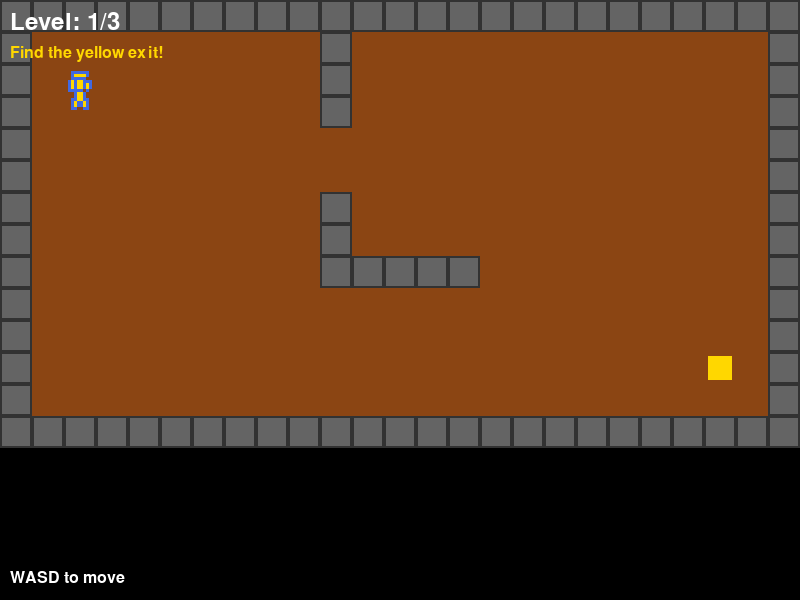
Repository: vjacheslavl/morzhaka_project
Script's output: python game.py
The author's editor kept a copy of each file at every save. The script's output is drawn from the files as they stood at one save, then again after the next save.
The window is shown after at most 60 frames with no key pressed. Random numbers start from a fixed seed.

Above is the script's output before, as saved 2026-03-01 16:49:38.

### game.py
import pygame
import sys

# Initialize Pygame
pygame.init()

# Screen settings
SCREEN_WIDTH = 800
SCREEN_HEIGHT = 600
TILE_SIZE = 32

# Colors
BLACK = (0, 0, 0)
WHITE = (255, 255, 255)
GREEN = (0, 255, 0)
GRAY = (100, 100, 100)
DARK_GRAY = (50, 50, 50)
BROWN = (139, 69, 19)
YELLOW = (255, 215, 0)
BLUE = (65, 105, 225)

# Player settings
PIXEL_SIZE = 3
PLAYER_SPEED = 3


def create_player_sprite():
    """Create pixel art character sprite based on hand-drawn design."""
    # 0 = transparent, 1 = blue (outline), 2 = yellow (fill)
    sprite_data = [
        [0, 0, 0, 0, 0, 0, 0, 0],
        [0, 1, 1, 1, 1, 1, 1, 0],
        [0, 1, 2, 2, 2, 2, 1, 0],
        [0, 1, 1, 1, 1, 1, 0, 0],
        [1, 2, 1, 2, 2, 1, 1, 1],
        [1, 2, 1, 2, 2, 1, 2, 1],
        [1, 2, 1, 2, 2, 1, 2, 1],
        [1, 1, 1, 1, 1, 0, 1, 0],
        [0, 0, 1, 2, 2, 1, 0, 0],
        [0, 0, 1, 2, 2, 1, 0, 0],
        [0, 1, 1, 2, 2, 1, 1, 0],
        [0, 1, 2, 1, 1, 2, 1, 0],
        [0, 1, 2, 1, 1, 2, 1, 0],
        [0, 1, 1, 0, 0, 1, 1, 0],
    ]

    width = len(sprite_data[0]) * PIXEL_SIZE
    height = len(sprite_data) * PIXEL_SIZE

    sprite = pygame.Surface((width, height), pygame.SRCALPHA)

    for y, row in enumerate(sprite_data):
        for x, pixel in enumerate(row):
            if pixel == 1:
                color = BLUE
            elif pixel == 2:
                color = YELLOW
            else:
                continue

            pygame.draw.rect(
                sprite, color,
                (x * PIXEL_SIZE, y * PIXEL_SIZE, PIXEL_SIZE, PIXEL_SIZE)
            )

    return sprite


class Player:
    def __init__(self, x, y):
        self.x = x
        self.y = y
        self.sprite = create_player_sprite()
        self.width = self.sprite.get_width()
        self.height = self.sprite.get_height()
        self.speed = PLAYER_SPEED

    def move(self, dx, dy, dungeon):
        new_x = self.x + dx * self.speed
        new_y = self.y + dy * self.speed

        if not dungeon.is_wall(new_x, new_y, self.width, self.height):
            self.x = new_x
            self.y = new_y

    def draw(self, screen):
        screen.blit(self.sprite, (self.x, self.y))

    def get_rect(self):
        return pygame.Rect(self.x, self.y, self.width, self.height)


class Dungeon:
    def __init__(self, level_data, level_num):
        self.level_num = level_num
        self.tiles = level_data['tiles']
        self.width = len(self.tiles[0])
        self.height = len(self.tiles)
        self.spawn_point = level_data['spawn']
        self.exit_point = level_data['exit']

    def is_wall(self, x, y, width, height):
        corners = [
            (x, y),
            (x + width - 1, y),
            (x, y + height - 1),
            (x + width - 1, y + height - 1)
        ]

        for cx, cy in corners:
            tile_x = int(cx // TILE_SIZE)
            tile_y = int(cy // TILE_SIZE)

            if tile_x < 0 or tile_x >= self.width or tile_y < 0 or tile_y >= self.height:
                return True

            if self.tiles[tile_y][tile_x] == 1:
                return True

        return False

    def check_exit(self, player):
        player_rect = player.get_rect()
        exit_rect = pygame.Rect(
            self.exit_point[0] * TILE_SIZE + TILE_SIZE // 4,
            self.exit_point[1] * TILE_SIZE + TILE_SIZE // 4,
            TILE_SIZE // 2,
            TILE_SIZE // 2
        )
        return player_rect.colliderect(exit_rect)

    def draw(self, screen):
        for y, row in enumerate(self.tiles):
            for x, tile in enumerate(row):
                rect = pygame.Rect(x * TILE_SIZE, y * TILE_SIZE, TILE_SIZE, TILE_SIZE)

                if tile == 1:
                    pygame.draw.rect(screen, GRAY, rect)
                    pygame.draw.rect(screen, DARK_GRAY, rect, 2)
                else:
                    pygame.draw.rect(screen, BROWN, rect)

        exit_rect = pygame.Rect(
            self.exit_point[0] * TILE_SIZE + 4,
            self.exit_point[1] * TILE_SIZE + 4,
            TILE_SIZE - 8,
            TILE_SIZE - 8
        )
        pygame.draw.rect(screen, YELLOW, exit_rect)


def create_levels():
    levels = []

    # Level 1 - Simple introduction
    level1 = {
        'tiles': [
            [1, 1, 1, 1, 1, 1, 1, 1, 1, 1, 1, 1, 1, 1, 1, 1, 1, 1, 1, 1, 1, 1, 1, 1, 1],
            [1, 0, 0, 0, 0, 0, 0, 0, 0, 0, 1, 0, 0, 0, 0, 0, 0, 0, 0, 0, 0, 0, 0, 0, 1],
            [1, 0, 0, 0, 0, 0, 0, 0, 0, 0, 1, 0, 0, 0, 0, 0, 0, 0, 0, 0, 0, 0, 0, 0, 1],
            [1, 0, 0, 0, 0, 0, 0, 0, 0, 0, 1, 0, 0, 0, 0, 0, 0, 0, 0, 0, 0, 0, 0, 0, 1],
            [1, 0, 0, 0, 0, 0, 0, 0, 0, 0, 0, 0, 0, 0, 0, 0, 0, 0, 0, 0, 0, 0, 0, 0, 1],
            [1, 0, 0, 0, 0, 0, 0, 0, 0, 0, 0, 0, 0, 0, 0, 0, 0, 0, 0, 0, 0, 0, 0, 0, 1],
            [1, 0, 0, 0, 0, 0, 0, 0, 0, 0, 1, 0, 0, 0, 0, 0, 0, 0, 0, 0, 0, 0, 0, 0, 1],
            [1, 0, 0, 0, 0, 0, 0, 0, 0, 0, 1, 0, 0, 0, 0, 0, 0, 0, 0, 0, 0, 0, 0, 0, 1],
            [1, 0, 0, 0, 0, 0, 0, 0, 0, 0, 1, 1, 1, 1, 1, 0, 0, 0, 0, 0, 0, 0, 0, 0, 1],
            [1, 0, 0, 0, 0, 0, 0, 0, 0, 0, 0, 0, 0, 0, 0, 0, 0, 0, 0, 0, 0, 0, 0, 0, 1],
            [1, 0, 0, 0, 0, 0, 0, 0, 0, 0, 0, 0, 0, 0, 0, 0, 0, 0, 0, 0, 0, 0, 0, 0, 1],
            [1, 0, 0, 0, 0, 0, 0, 0, 0, 0, 0, 0, 0, 0, 0, 0, 0, 0, 0, 0, 0, 0, 0, 0, 1],
            [1, 0, 0, 0, 0, 0, 0, 0, 0, 0, 0, 0, 0, 0, 0, 0, 0, 0, 0, 0, 0, 0, 0, 0, 1],
            [1, 1, 1, 1, 1, 1, 1, 1, 1, 1, 1, 1, 1, 1, 1, 1, 1, 1, 1, 1, 1, 1, 1, 1, 1],
        ],
        'spawn': (2, 2),
        'exit': (22, 11)
    }
    levels.append(level1)

    # Level 2 - Maze-like
    level2 = {
        'tiles': [
            [1, 1, 1, 1, 1, 1, 1, 1, 1, 1, 1, 1, 1, 1, 1, 1, 1, 1, 1, 1, 1, 1, 1, 1, 1],
            [1, 0, 0, 0, 1, 0, 0, 0, 0, 0, 0, 0, 1, 0, 0, 0, 0, 0, 0, 0, 0, 0, 0, 0, 1],
            [1, 0, 1, 0, 1, 0, 1, 1, 1, 1, 1, 0, 1, 0, 1, 1, 1, 1, 1, 1, 1, 1, 1, 0, 1],
            [1, 0, 1, 0, 0, 0, 0, 0, 0, 0, 1, 0, 1, 0, 0, 0, 0, 0, 0, 0, 0, 0, 0, 0, 1],
            [1, 0, 1, 1, 1, 1, 1, 1, 1, 0, 1, 0, 1, 1, 1, 1, 1, 1, 1, 1, 1, 1, 1, 0, 1],
            [1, 0, 0, 0, 0, 0, 0, 0, 0, 0, 1, 0, 0, 0, 0, 0, 0, 0, 0, 0, 0, 0, 0, 0, 1],
            [1, 1, 1, 1, 1, 1, 1, 1, 1, 0, 1, 0, 1, 1, 1, 1, 1, 1, 1, 0, 1, 1, 1, 1, 1],
            [1, 0, 0, 0, 0, 0, 0, 0, 0, 0, 0, 0, 0, 0, 0, 0, 0, 0, 1, 0, 0, 0, 0, 0, 1],
            [1, 0, 1, 1, 1, 1, 1, 1, 1, 1, 1, 1, 1, 1, 1, 1, 1, 0, 1, 0, 1, 1, 1, 0, 1],
            [1, 0, 0, 0, 0, 0, 0, 0, 0, 0, 0, 0, 0, 0, 0, 0, 1, 0, 0, 0, 1, 0, 0, 0, 1],
            [1, 1, 1, 1, 1, 1, 1, 1, 1, 1, 1, 1, 1, 1, 1, 0, 1, 1, 1, 1, 1, 0, 1, 1, 1],
            [1, 0, 0, 0, 0, 0, 0, 0, 0, 0, 0, 0, 0, 0, 0, 0, 0, 0, 0, 0, 0, 0, 0, 0, 1],
            [1, 0, 0, 0, 0, 0, 0, 0, 0, 0, 0, 0, 0, 0, 0, 0, 0, 0, 0, 0, 0, 0, 0, 0, 1],
            [1, 1, 1, 1, 1, 1, 1, 1, 1, 1, 1, 1, 1, 1, 1, 1, 1, 1, 1, 1, 1, 1, 1, 1, 1],
        ],
        'spawn': (1, 1),
        'exit': (23, 11)
    }
    levels.append(level2)

    # Level 3 - Complex dungeon
    level3 = {
        'tiles': [
            [1, 1, 1, 1, 1, 1, 1, 1, 1, 1, 1, 1, 1, 1, 1, 1, 1, 1, 1, 1, 1, 1, 1, 1, 1],
            [1, 0, 0, 0, 0, 0, 1, 0, 0, 0, 0, 0, 0, 0, 0, 0, 1, 0, 0, 0, 0, 0, 0, 0, 1],
            [1, 0, 1, 1, 1, 0, 1, 0, 1, 1, 1, 1, 1, 1, 1, 0, 1, 0, 1, 1, 1, 1, 1, 0, 1],
            [1, 0, 1, 0, 0, 0, 1, 0, 0, 0, 0, 0, 0, 0, 0, 0, 1, 0, 0, 0, 0, 0, 1, 0, 1],
            [1, 0, 1, 0, 1, 1, 1, 1, 1, 1, 1, 0, 1, 1, 1, 1, 1, 1, 1, 1, 1, 0, 1, 0, 1],
            [1, 0, 0, 0, 0, 0, 0, 0, 0, 0, 0, 0, 0, 0, 0, 0, 0, 0, 0, 0, 0, 0, 1, 0, 1],
            [1, 1, 1, 1, 1, 0, 1, 1, 1, 1, 1, 0, 1, 1, 1, 1, 1, 1, 1, 1, 1, 0, 1, 0, 1],
            [1, 0, 0, 0, 0, 0, 1, 0, 0, 0, 0, 0, 0, 0, 0, 0, 0, 0, 0, 0, 1, 0, 0, 0, 1],
            [1, 0, 1, 1, 1, 1, 1, 0, 1, 1, 1, 1, 1, 1, 1, 1, 1, 1, 1, 0, 1, 1, 1, 0, 1],
            [1, 0, 0, 0, 0, 0, 0, 0, 1, 0, 0, 0, 0, 0, 0, 0, 0, 0, 0, 0, 0, 0, 0, 0, 1],
            [1, 1, 1, 1, 1, 1, 1, 0, 1, 0, 1, 1, 1, 1, 1, 1, 1, 1, 1, 1, 1, 1, 1, 0, 1],
            [1, 0, 0, 0, 0, 0, 0, 0, 0, 0, 0, 0, 0, 0, 0, 0, 0, 0, 0, 0, 0, 0, 0, 0, 1],
            [1, 0, 0, 0, 0, 0, 0, 0, 0, 0, 0, 0, 0, 0, 0, 0, 0, 0, 0, 0, 0, 0, 0, 0, 1],
            [1, 1, 1, 1, 1, 1, 1, 1, 1, 1, 1, 1, 1, 1, 1, 1, 1, 1, 1, 1, 1, 1, 1, 1, 1],
        ],
        'spawn': (1, 1),
        'exit': (23, 11)
    }
    levels.append(level3)

    return levels


class Game:
    def __init__(self):
        self.screen = pygame.display.set_mode((SCREEN_WIDTH, SCREEN_HEIGHT))
        pygame.display.set_caption("Dungeon Crawler")
        self.clock = pygame.time.Clock()
        self.font = pygame.font.Font(None, 36)
        self.small_font = pygame.font.Font(None, 24)

        self.levels = create_levels()
        self.current_level = 0
        self.dungeon = Dungeon(self.levels[self.current_level], self.current_level + 1)

        spawn = self.dungeon.spawn_point
        self.player = Player(
            spawn[0] * TILE_SIZE + 4,
            spawn[1] * TILE_SIZE + 4
        )

        self.game_won = False
        self.running = True

    def next_level(self):
        self.current_level += 1

        if self.current_level >= len(self.levels):
            self.game_won = True
            return

        self.dungeon = Dungeon(self.levels[self.current_level], self.current_level + 1)
        spawn = self.dungeon.spawn_point
        self.player.x = spawn[0] * TILE_SIZE + 4
        self.player.y = spawn[1] * TILE_SIZE + 4

    def handle_input(self):
        keys = pygame.key.get_pressed()

        dx, dy = 0, 0

        if keys[pygame.K_w]:
            dy = -1
        if keys[pygame.K_s]:
            dy = 1
        if keys[pygame.K_a]:
            dx = -1
        if keys[pygame.K_d]:
            dx = 1

        if dx != 0 or dy != 0:
            self.player.move(dx, dy, self.dungeon)

    def update(self):
        if not self.game_won:
            if self.dungeon.check_exit(self.player):
                self.next_level()

    def draw(self):
        self.screen.fill(BLACK)

        if self.game_won:
            win_text = self.font.render("Congratulations! You escaped the dungeon!", True, GREEN)
            restart_text = self.small_font.render("Press R to restart or ESC to quit", True, WHITE)
            self.screen.blit(win_text, (SCREEN_WIDTH // 2 - win_text.get_width() // 2, SCREEN_HEIGHT // 2 - 20))
            self.screen.blit(restart_text, (SCREEN_WIDTH // 2 - restart_text.get_width() // 2, SCREEN_HEIGHT // 2 + 20))
        else:
            self.dungeon.draw(self.screen)
            self.player.draw(self.screen)

            level_text = self.font.render(f"Level: {self.current_level + 1}/{len(self.levels)}", True, WHITE)
            self.screen.blit(level_text, (10, 10))

            hint_text = self.small_font.render("Find the yellow exit!", True, YELLOW)
            self.screen.blit(hint_text, (10, 45))

            controls_text = self.small_font.render("WASD to move", True, WHITE)
            self.screen.blit(controls_text, (10, SCREEN_HEIGHT - 30))

        pygame.display.flip()

    def run(self):
        while self.running:
            for event in pygame.event.get():
                if event.type == pygame.QUIT:
                    self.running = False
                elif event.type == pygame.KEYDOWN:
                    if event.key == pygame.K_ESCAPE:
                        self.running = False
                    elif event.key == pygame.K_r and self.game_won:
                        self.current_level = 0
                        self.dungeon = Dungeon(self.levels[self.current_level], self.current_level + 1)
                        spawn = self.dungeon.spawn_point
                        self.player.x = spawn[0] * TILE_SIZE + 4
                        self.player.y = spawn[1] * TILE_SIZE + 4
                        self.game_won = False

            self.handle_input()
            self.update()
            self.draw()

            self.clock.tick(60)

        pygame.quit()
        sys.exit()


if __name__ == "__main__":
    game = Game()
    game.run()

After the next save:
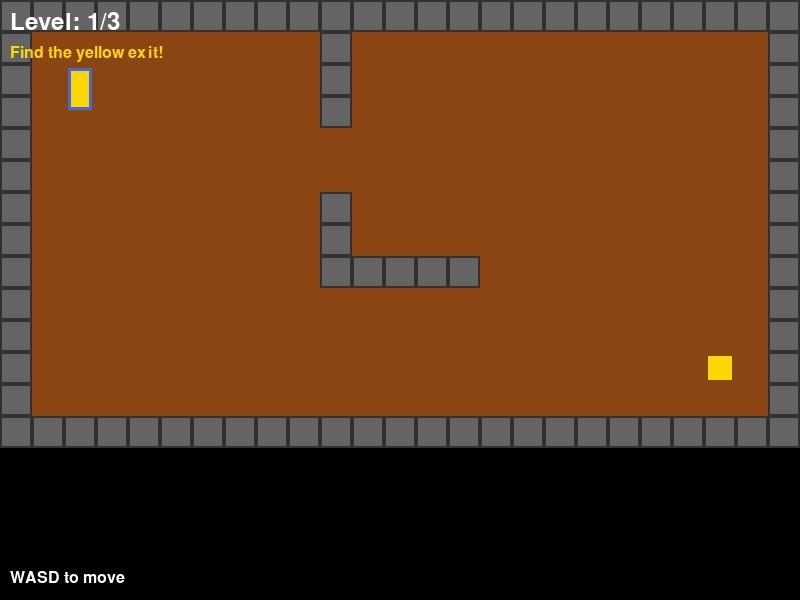
Saved 2 min 0 s later.
--- a/game.py
+++ b/game.py
@@ -28,20 +28,20 @@ def create_player_sprite():
     """Create pixel art character sprite based on hand-drawn design."""
     # 0 = transparent, 1 = blue (outline), 2 = yellow (fill)
     sprite_data = [
-        [0, 0, 0, 0, 0, 0, 0, 0],
-        [0, 1, 1, 1, 1, 1, 1, 0],
-        [0, 1, 2, 2, 2, 2, 1, 0],
-        [0, 1, 1, 1, 1, 1, 0, 0],
-        [1, 2, 1, 2, 2, 1, 1, 1],
-        [1, 2, 1, 2, 2, 1, 2, 1],
-        [1, 2, 1, 2, 2, 1, 2, 1],
-        [1, 1, 1, 1, 1, 0, 1, 0],
-        [0, 0, 1, 2, 2, 1, 0, 0],
-        [0, 0, 1, 2, 2, 1, 0, 0],
-        [0, 1, 1, 2, 2, 1, 1, 0],
-        [0, 1, 2, 1, 1, 2, 1, 0],
-        [0, 1, 2, 1, 1, 2, 1, 0],
-        [0, 1, 1, 0, 0, 1, 1, 0],
+        [1, 1, 1, 1, 1, 1, 1, 1],
+        [1, 2, 2, 2, 2, 2, 2, 1],
+        [1, 2, 2, 2, 2, 2, 2, 1],
+        [1, 2, 2, 2, 2, 2, 2, 1],
+        [1, 2, 2, 2, 2, 2, 2, 1],
+        [1, 2, 2, 2, 2, 2, 2, 1],
+        [1, 2, 2, 2, 2, 2, 2, 1],
+        [1, 2, 2, 2, 2, 2, 2, 1],
+        [1, 2, 2, 2, 2, 2, 2, 1],
+        [1, 2, 2, 2, 2, 2, 2, 1],
+        [1, 2, 2, 2, 2, 2, 2, 1],
+        [1, 2, 2, 2, 2, 2, 2, 1],
+        [1, 2, 2, 2, 2, 2, 2, 1],
+        [1, 1, 1, 1, 1, 1, 1, 1],
     ]
 
     width = len(sprite_data[0]) * PIXEL_SIZE
